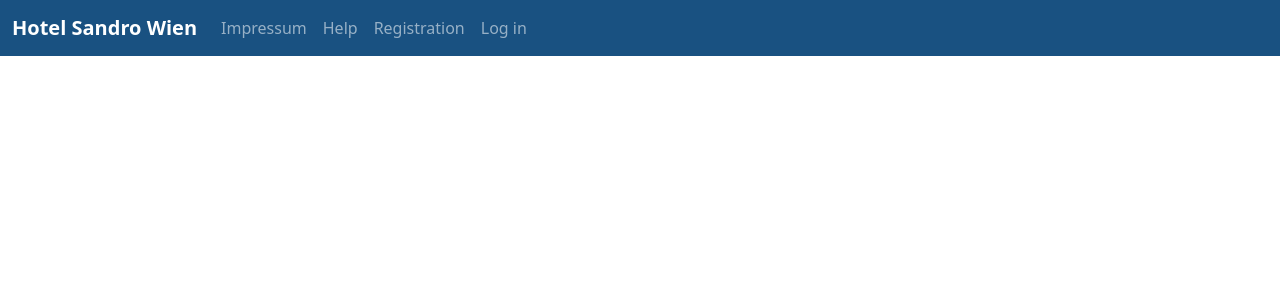
Repository: TIS0N/Hotel_Sandro
Page: http://localhost/pages/welcome.php
An editor plug-in stored every save of this project. The page is shown before and after the next save, followed by the edit.
The browser window is 1280 px wide. The pictures show the whole page.
The page is run by PHP 8.4 with error messages shown; the project is at /var/www/html/.

Above is the page before, as saved 2022-10-11 19:31:01.

### pages/welcome.php
<!DOCTYPE html>
<html lang="en">
<head>
    <meta charset="UTF-8">
    <meta http-equiv="X-UA-Compatible" content="IE=edge">
    <meta name="viewport" content="width=device-width, initial-scale=1.0">
    <link href="https://cdn.jsdelivr.net/npm/bootstrap@5.2.2/dist/css/bootstrap.min.css" rel="stylesheet" integrity="sha384-Zenh87qX5JnK2Jl0vWa8Ck2rdkQ2Bzep5IDxbcnCeuOxjzrPF/et3URy9Bv1WTRi" crossorigin="anonymous">
    <script src="https://cdn.jsdelivr.net/npm/bootstrap@5.2.2/dist/js/bootstrap.bundle.min.js" integrity="sha384-OERcA2EqjJCMA+/3y+gxIOqMEjwtxJY7qPCqsdltbNJuaOe923+mo//f6V8Qbsw3" crossorigin="anonymous"></script>
    <link rel="stylesheet" href="../res/css/stylesheet.css">
    <title>Welcome</title>
</head>
<body>

<?php
    include "../inc/navigation.php";
?>

</body>
</html>

### inc/navigation.php
<?php
    if(file_exists("./index.php")){
        $includePath = ".";
    }
    else{
        $includePath = "..";
    }
?>

<div id="navBar">
        <nav class="navbar fixed-top navbar-expand-lg navbar-dark" style="background-color: #195181;">
            <div class="container-fluid">
                <a class="navbar-brand" href= <?php echo "$includePath/index.php"?> style="color: rgb(255, 255, 255);"><strong>Hotel Sandro Wien</strong></a>
                <button class="navbar-toggler" type="button" data-bs-toggle="collapse" data-bs-target="#navbarNav" aria-controls="navbarNav" aria-expanded="false" aria-label="Toggle navigation">
                    <span class="navbar-toggler-icon"></span>
                </button>
                <div class="collapse navbar-collapse" id="navbarNav">
                    <ul class="navbar-nav">
                        <li class="nav-item">
                            <a class="nav-link"href= <?php echo "$includePath/pages/impressum.php"?> class="navbar-brand">Impressum</a>
                        </li>
                        <li class="nav-item">
                            <a class="nav-link" href=<?php echo "$includePath/pages/help.php"?> class="navbar-brand">Help</a>
                        </li>
                        <li class="nav-item">
                            <a class="nav-link" href=<?php echo "$includePath/pages/registration.php"?> class="navbar-brand">Registration</a>
                        </li>
                        <li class="nav-item">
                            <a class="nav-link" href=<?php echo "$includePath/pages/login.php"?> class="navbar-brand">Log in</a>
                        </li>

                    </ul>
                </div>
            </div>
        </nav>
    </div>

### res/css/stylesheet.css
#body{
    background-color: rgb(63, 72, 84);
    color: rgb(255, 255, 255);
    padding-top: 70px;
    padding-bottom: 70px;
    text-align: center;
    font-family: cursive;
}

#hotelSandroPhoto{
    width: 600px;
    height: 450px;
}

#formular{
    background-color: #195181;
    border-radius: 10px;
    border-color: rgb(255, 255, 255);
    border-style: double;
}

After the next save:
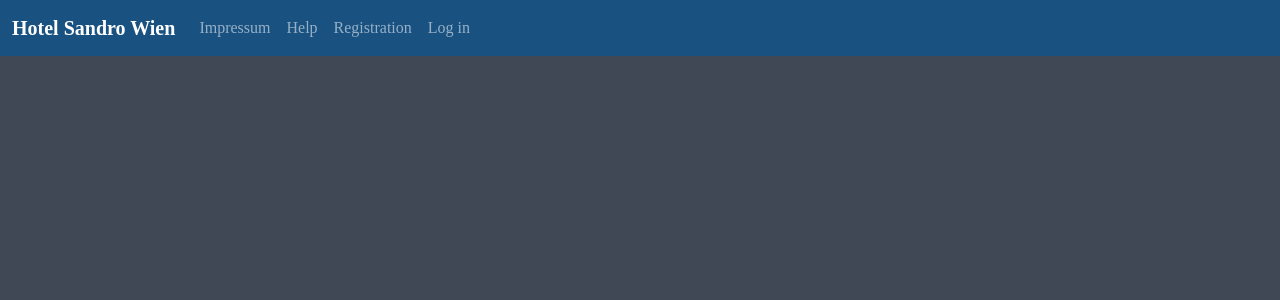
Saved 4 min 18 s later.
--- a/pages/welcome.php
+++ b/pages/welcome.php
@@ -9,7 +9,7 @@
     <link rel="stylesheet" href="../res/css/stylesheet.css">
     <title>Welcome</title>
 </head>
-<body>
+<body id="body">
 
 <?php
     include "../inc/navigation.php";
